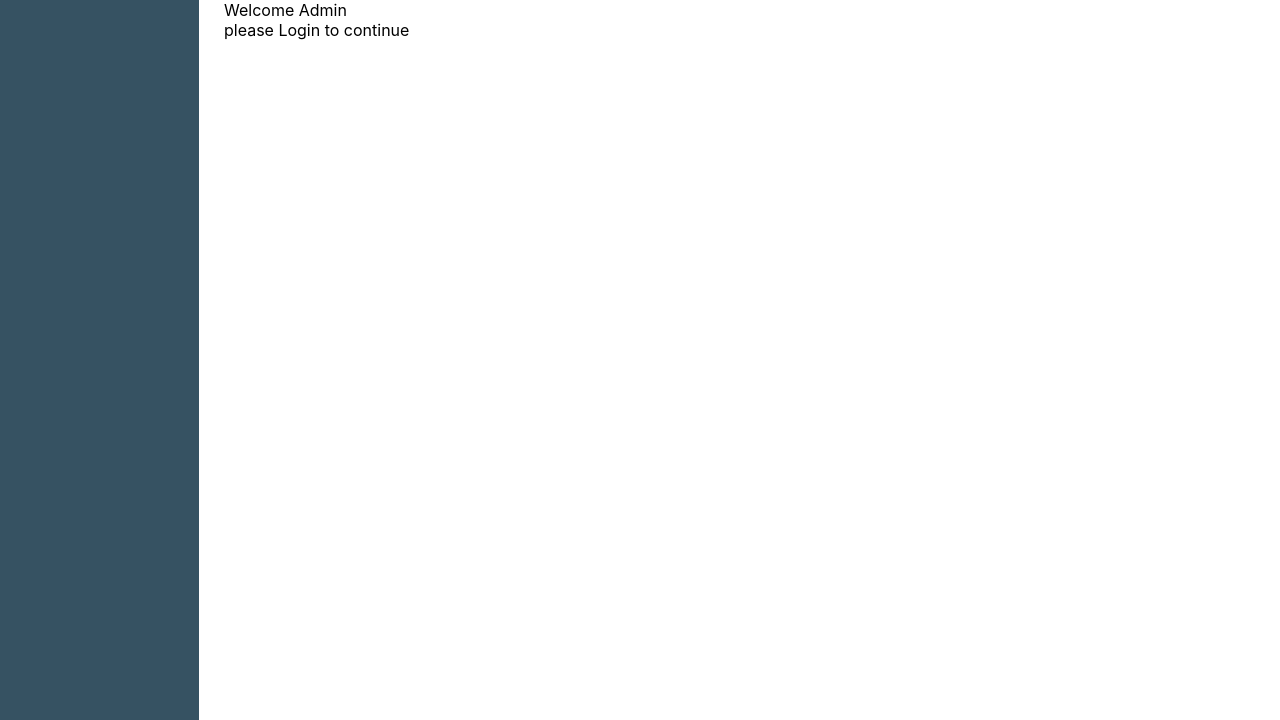
Repository: tatvanhco/shopee-admin
Page: /login
These files come from the project's save history. The page is drawn as it stood at one moment and after a run of saves; the edit follows.
The browser window is 1280 px wide. The pictures show the whole page.
The project was rebuilt for these pictures with package versions that can differ from the ones it lists, and the page was loaded fresh each time. Also part of the build but not shown: src/components/common/NotFound.tsx, src/components/common/PrivateRoute.tsx, src/components/layout/Innercontext.tsx, src/components/layout/dashboard.tsx, src/components/layout/productManager.tsx, src/components/layout/ManageOrders.tsx, src/components/layout/catalogManager.tsx, src/components/layout/customerManager.tsx and 5 more.

Above is the page before, as saved 2022-09-28 17:00:19.

After the next 3 saves:
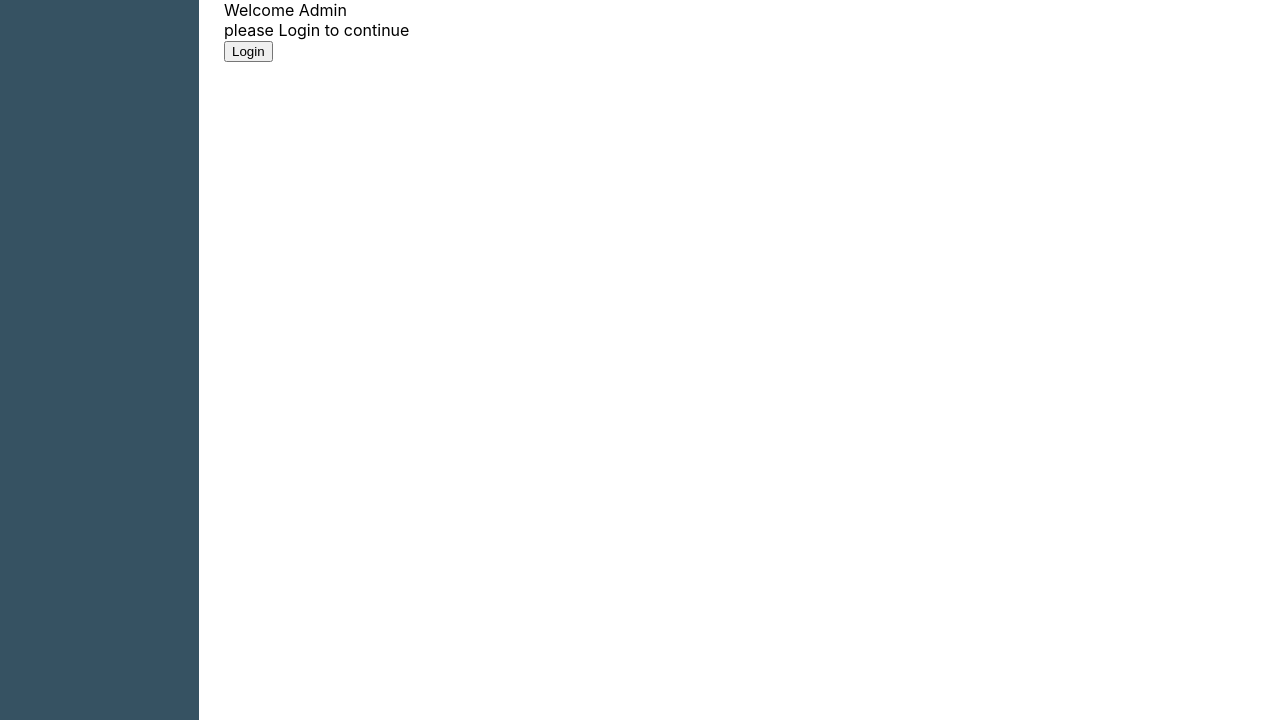
The 3 saves are shown as one change because 1 did not build or start and some came seconds apart.
The last was saved 32 s later.
--- a/src/features/auth/pages/loginPage.tsx
+++ b/src/features/auth/pages/loginPage.tsx
@@ -2,16 +2,16 @@ import * as React from 'react';
 import { useNavigate } from 'react-router-dom';
 
 export default function LoginPage() {
-    // const navigate = useNavigate();
-    // const handleLogin = () => {
-    //     localStorage.setItem('user', JSON.stringify({ role: 'Admin' }));
-    //     navigate('/dashboard');
-    // };
+    const navigate = useNavigate();
+    const handleLogin = () => {
+        localStorage.setItem('user', JSON.stringify({ role: 'Admin' }));
+        navigate('/dashboa');
+    };
     return (
         <>
             <div>Welcome Admin</div>
             <div>please Login to continue</div>
-            {/* <button onClick={handleLogin}>Login</button> */}
+            <button onClick={handleLogin}>Login</button>
         </>
     );
 }
